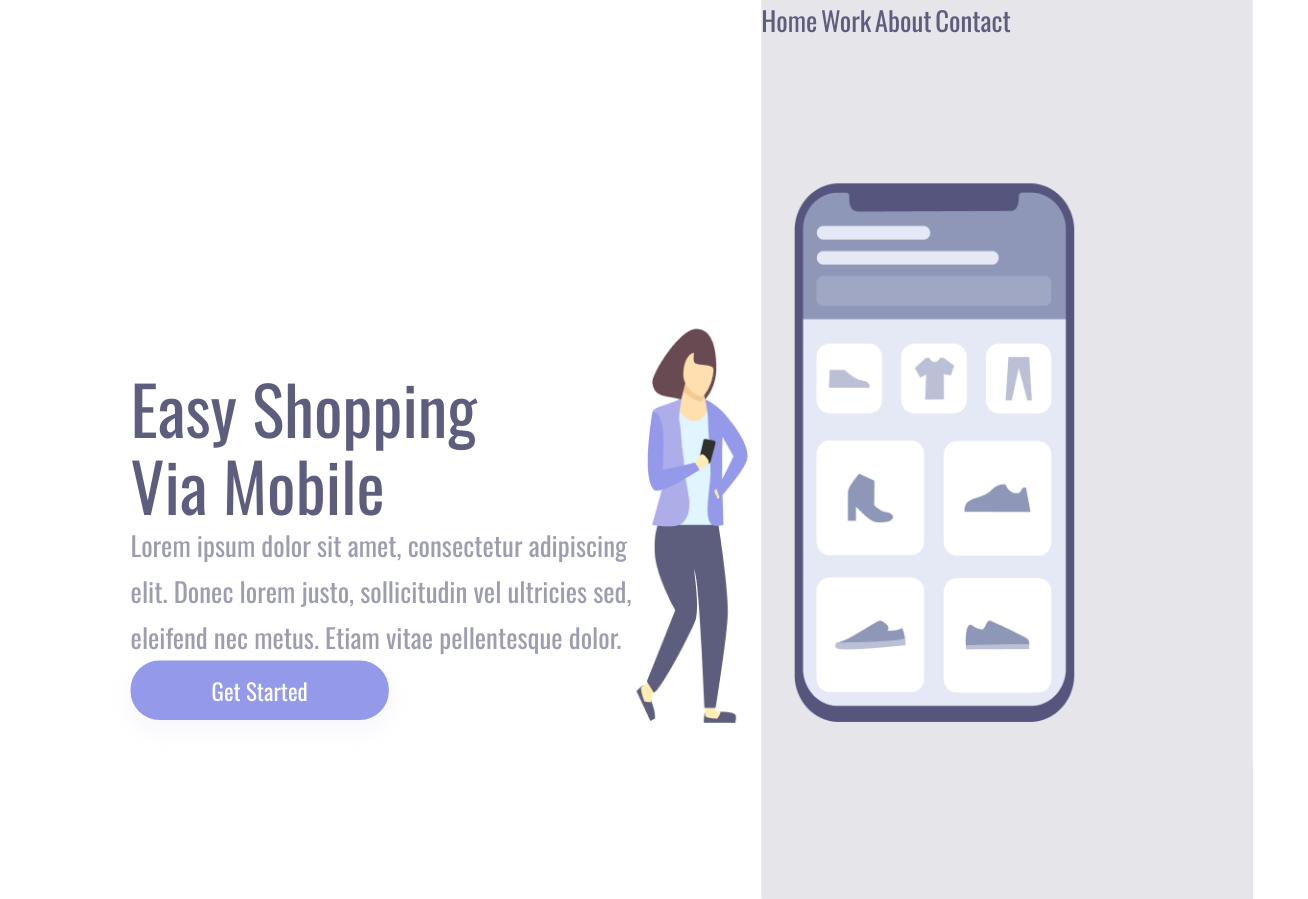
Repository: Leo-Marques-882/Projeto-Git-2
Page: index.html
An editor plug-in stored every save of this project. The page is shown before and after the next save, followed by the edit.
The browser window is 1280 px wide. The page is 1305 px wide, then 1362 px, so the pictures cover 1362 px, including what lies to the right of the window. The pictures show the whole page, at 96% of full size.

Above is the page before, as saved 2023-03-07 00:13:34.

After the next save:
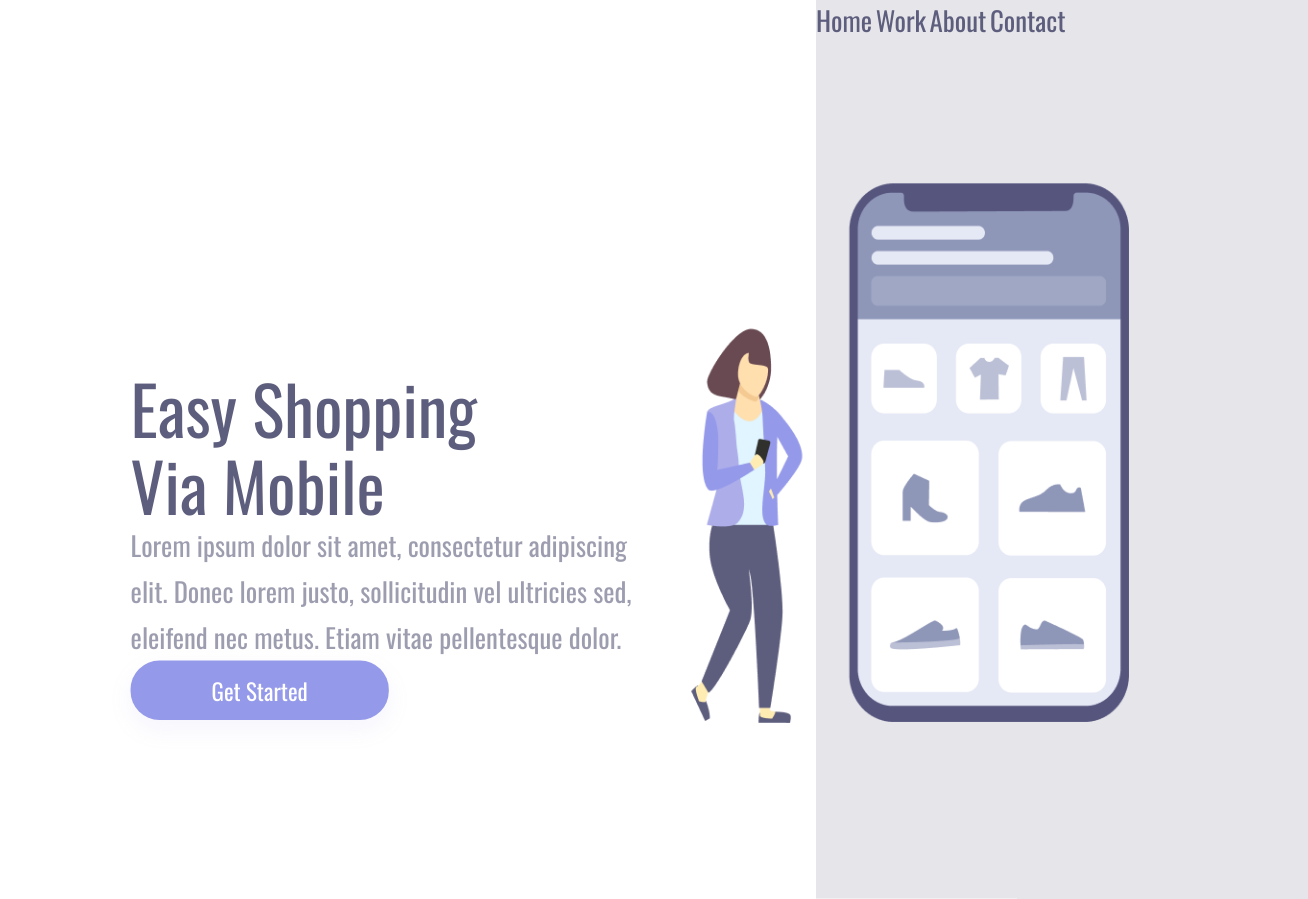
Saved 91 s later.
--- a/styless.css
+++ b/styless.css
@@ -16,7 +16,7 @@
     width: 60%;
     margin-top: 30%;
     padding-left: 136px;
-    margin-right: 25px;
+    margin-right: 82px;
 }
 
 h1 {
